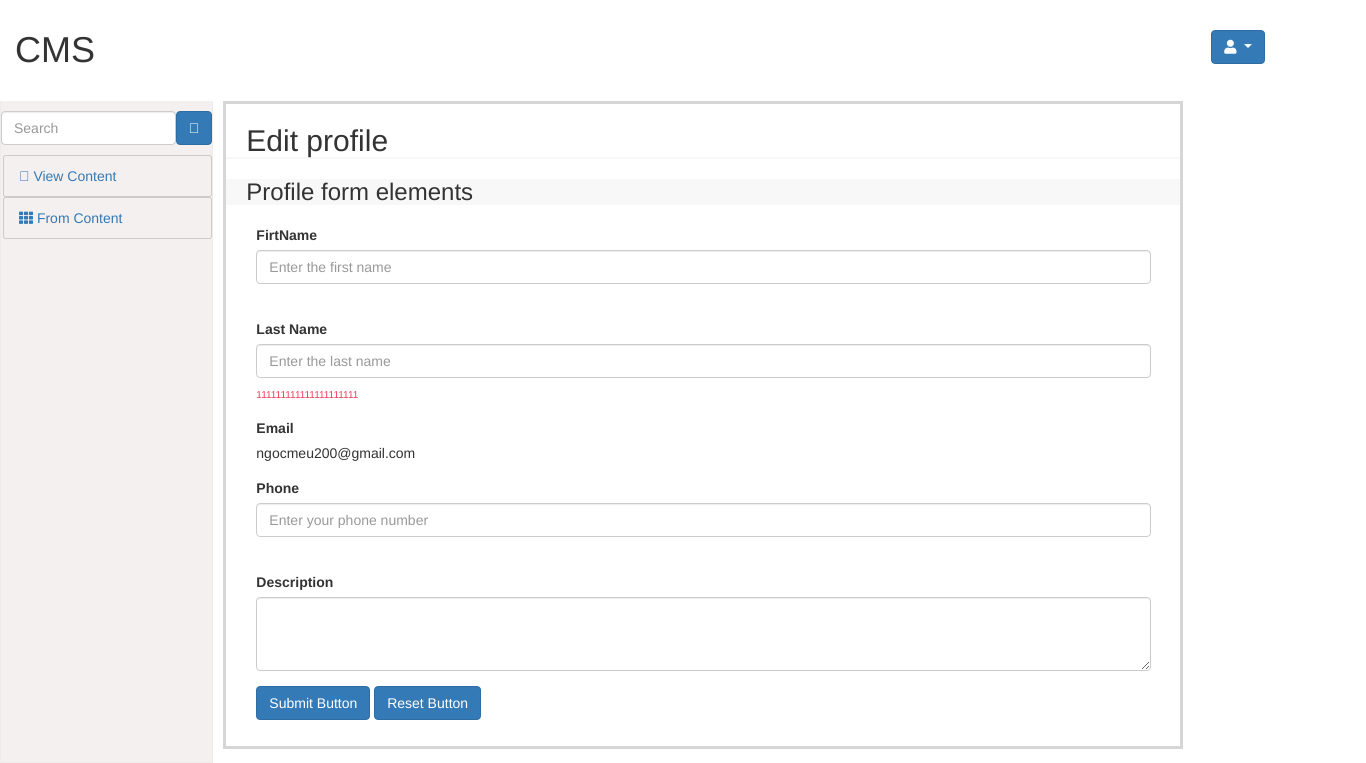
Repository: NgocNB20/travel
Page: NgocNb20_assigment8_9/edit.html
An editor plug-in stored every save of this project. The page is shown before and after the next save, followed by the edit.
The browser window is 1280 px wide. The page is 1366 px wide, so the pictures cover 1366 px, including what lies to the right of the window. The pictures show the whole page.
Some web libraries are served in a nearby version.

Above is the page before, as saved 2021-10-06 15:24:26.

After the next save:
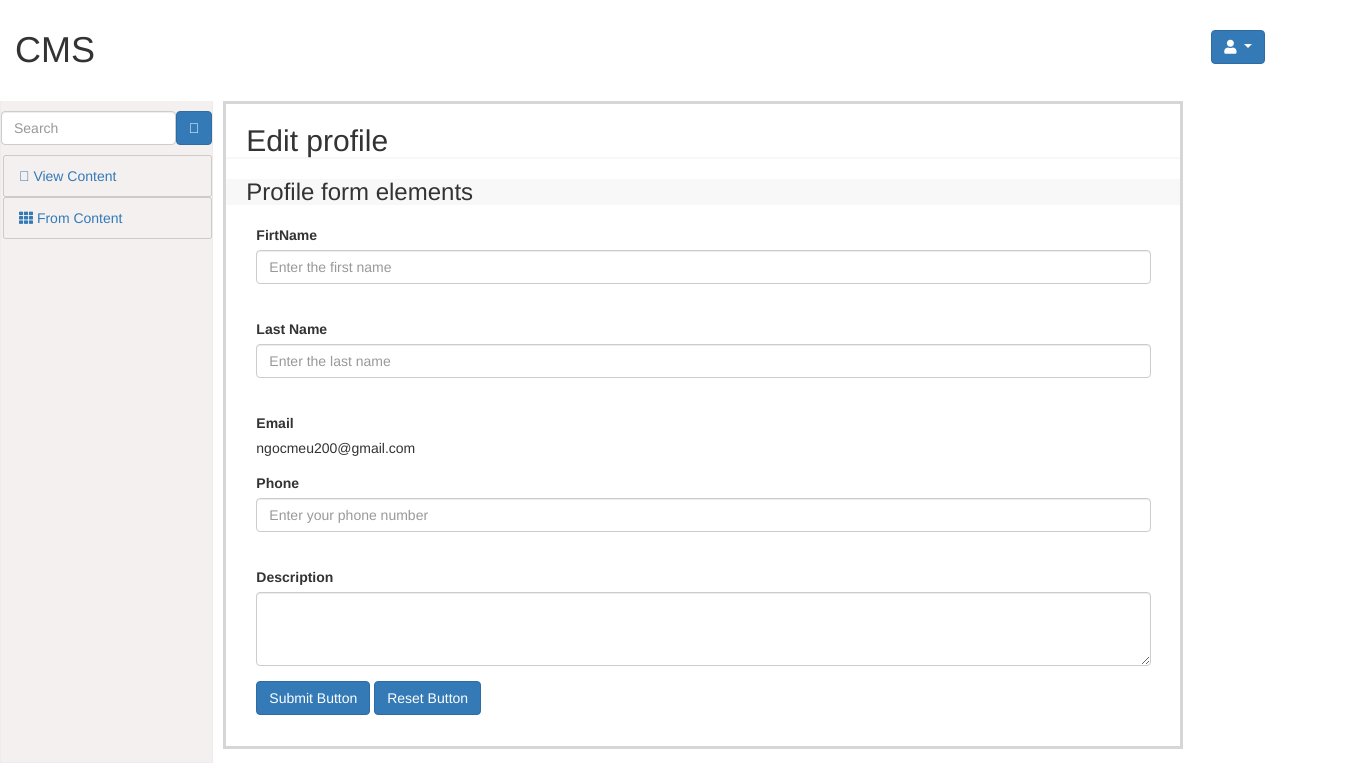
Saved 20 s later.
--- a/NgocNb20_assigment8_9/edit.html
+++ b/NgocNb20_assigment8_9/edit.html
@@ -86,7 +86,7 @@
                     <label for="exampleFormControlInput1" class="form-desc">Last Name</label>
                     <input type="text" class="form-control " id="exampleFormControlInput1"
                       placeholder="Enter the last name">
-                      <span class="form-message">111111111111111111111</span>
+                      <span class="form-message"></span>
                   </div>
                   <div class="form-group ">
                     <label for="exampleFormControlInput1" class="form-desc">Email</label>
